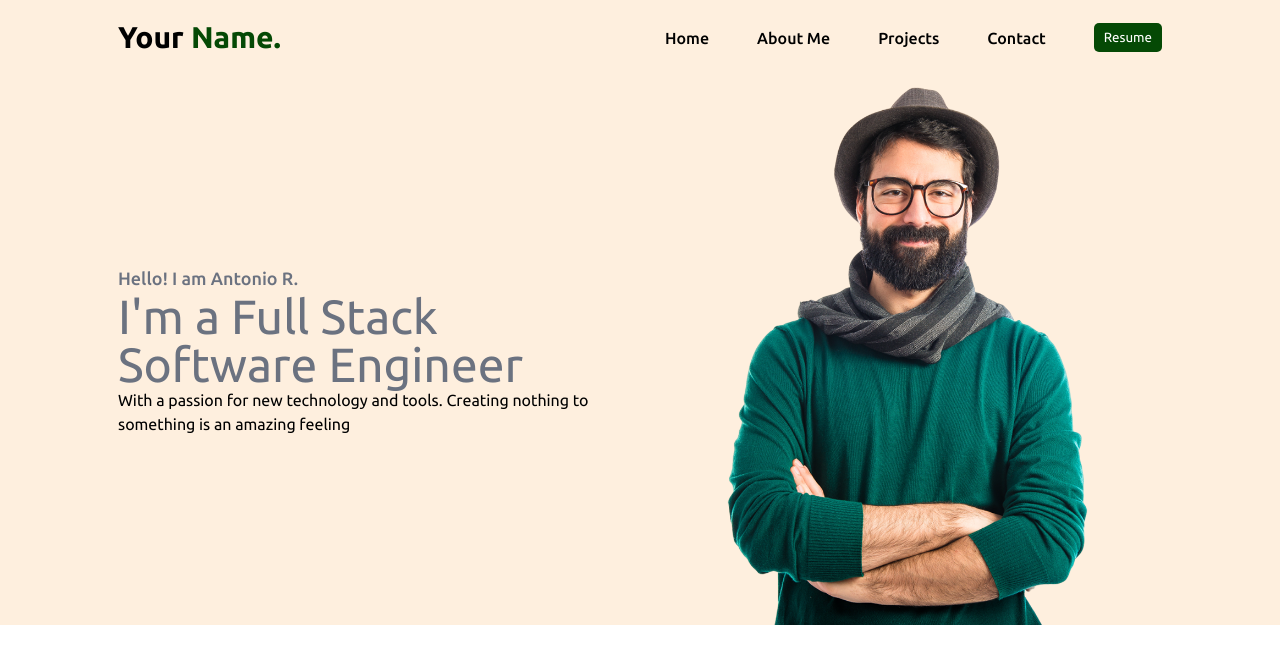
Repository: DevAntonioRogers/vanilla-portfolio
Page: index.html
The author's editor kept a copy of each file at every save. The page is drawn from the files as they stood at one save, then again after the next save.
The browser window is 1280 px wide. The pictures show the whole page.

Above is the page before, as saved 2023-07-14 22:15:28.

After the next save:
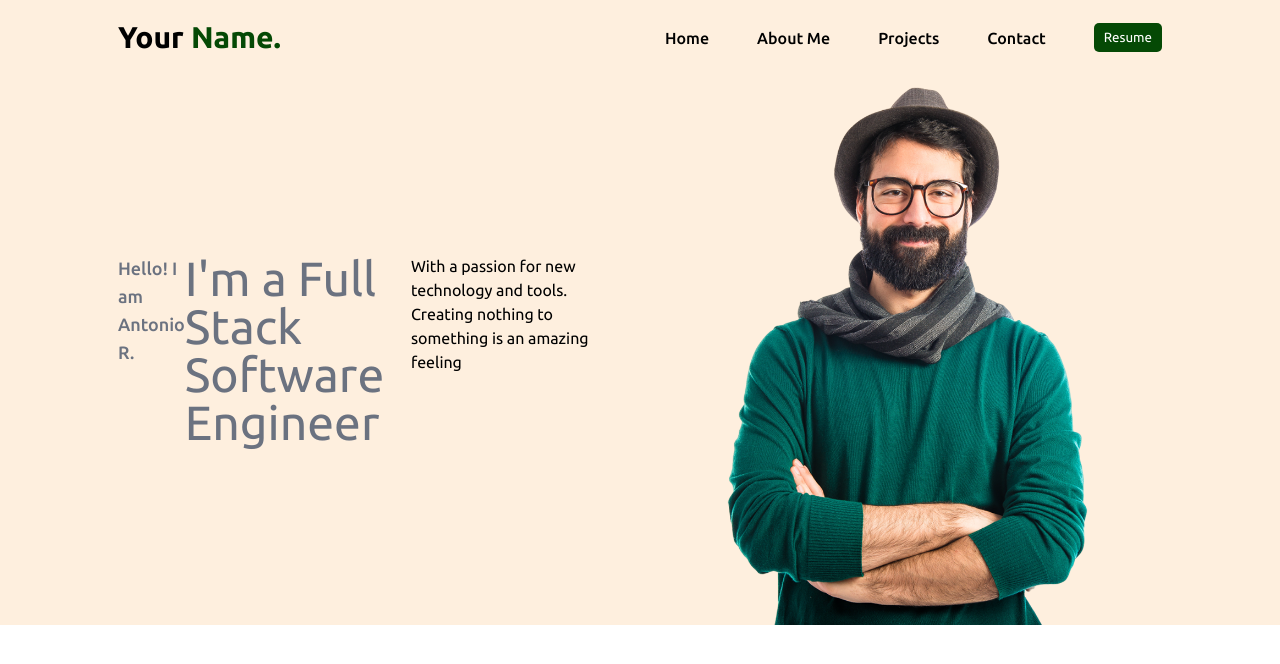
Saved 24 s later.
--- a/style.css
+++ b/style.css
@@ -81,6 +81,10 @@
   align-items: center;
 }
 
+.hero-info {
+  display: flex;
+}
+
 .hero-info h4 {
   font-size: 1.12rem;
   line-height: 1.75rem;

After the save that followed:
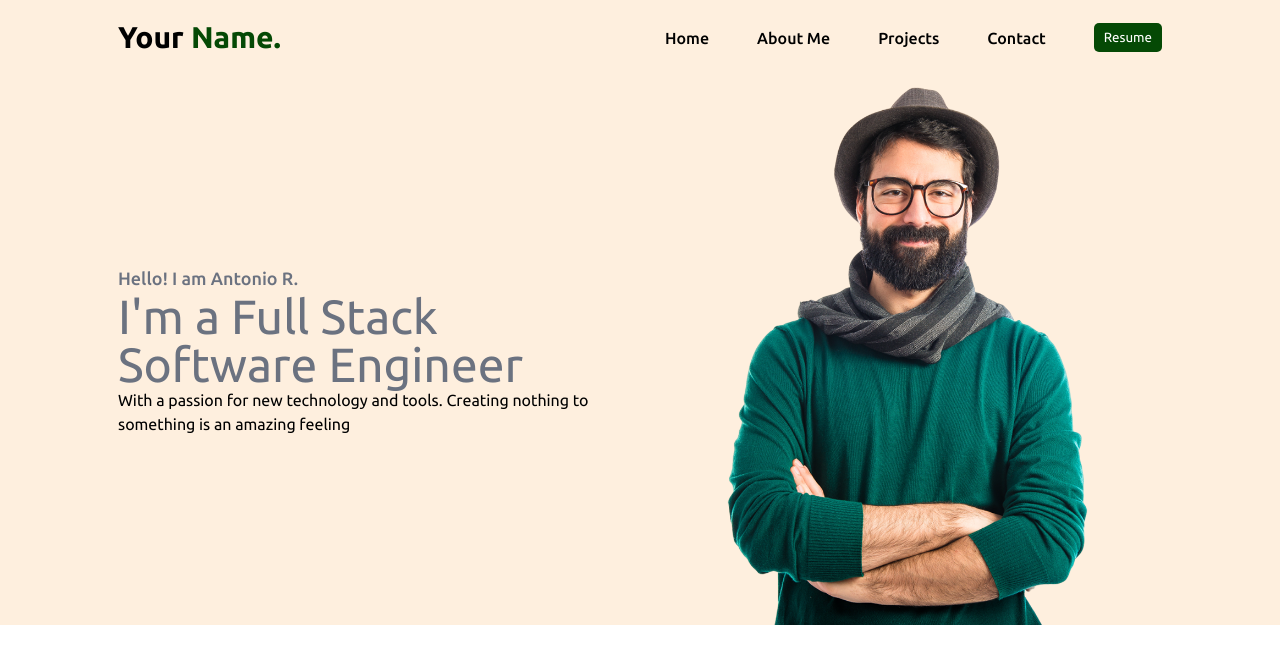
Saved 5 s later.
--- a/style.css
+++ b/style.css
@@ -83,6 +83,7 @@
 
 .hero-info {
   display: flex;
+  flex-direction: column;
 }
 
 .hero-info h4 {
